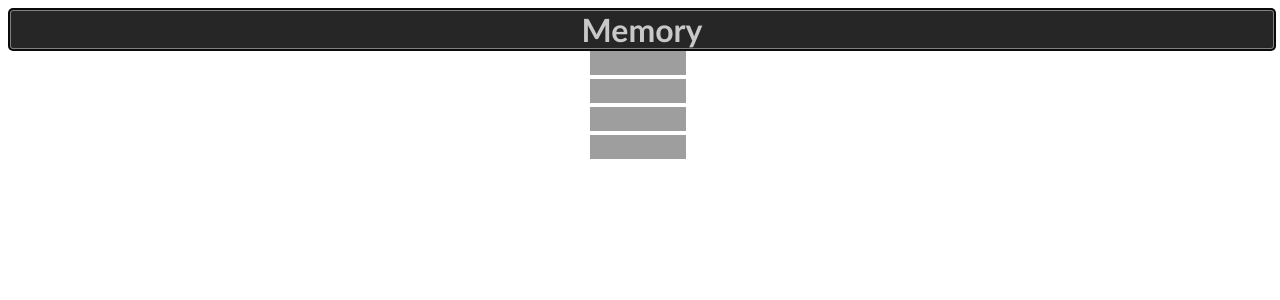
Repository: sk222sw/1dv403-laborationer
Page: 3-gameon/index.html
The author's editor kept a record of every edit. The page is drawn from the files as they stood at one moment, then again after the next edit.
The browser window is 1280 px wide. The pictures show the whole page.
Pictures or frames that could not be fetched are drawn as grey boxes.

Above is the page before.

### 3-gameon/index.html
<!DOCTYPE html>
<html>
    <head>
        <link rel="stylesheet" href="memory/css/css.css" type="text/css" />
        <title>Memory</title>
        <meta charset="utf-8">
    </head>
    <body>
        <div id="content">
            <header>
                <h1>Memory</h1>
            </header>

            <main>
                <section id="memory">
                    <table id="memoryTable">

                    </table>
                </section>
            </main>

        </div>
        <script type="text/javascript" src="memory/script/random.js"></script>
        <script type="text/javascript" src="memory/script/memory.js"></script>
    </body>
</html>

### 3-gameon/memory/css/css.css
content {
    width: 50%;
    height: 99%;
}

header {
    width: 100%;
    margin: 0 auto;

    border: solid rgba(0,0,0, 0.75) 2px;
    box-shadow:0px 0px 0px 1px gray inset;


    border-radius: 5px;

    background-color: rgba(0, 0, 0, 0.85);
}

header h1 {
    margin: 0 auto;
    text-align: center;
    color: rgba(265, 265, 265, 0.75);
    font-family: "Estrangelo Edessa", "Candara", sans-serif;
}

main {
    position:relative;
    margin: 0 auto;
    width: 65%;
    height: 90%;
}

#memory {
    margin-left: auto;
    margin-right: auto;
    position: relative;

    width: 100px;
    color: white;
}

p {
    color: white;
}

.defaultImage {
    background-image:url(../pics/0.png);
    height: 24px;
    width: 24px;
}

### 3-gameon/memory/script/random.js
"use strict"

var RandomGenerator = {

	/*
		Denna metod tar antalet rader och columner som inparameter.

		Metoden returnerar en array inneh�llandes utslumpade tal mellan 1 och (rows*cols)/2. Varje tal representeras tv�
		g�nger och motsvarar s�ledes en spelbricka.

		I en 4*4 matris kan Arrayen t.ex. se ut s� h�r:
		[1,2,6,8,6,2,5,3,1,3,7,5,8,4,4,7]

		I en 2*4 matris kan Arrayen t.ex. se ut s� h�r:
		[3,4,4,1,2,1,2,3]
	*/

	getPictureArray: function(rows, cols)
	{
		var numberOfImages = rows*cols;
		var maxImageNumber = numberOfImages/2;

	   	var imgPlace = [];

	   //Utplacering av bilder i Array
	   for(var i=0; i<numberOfImages; i++)
		  imgPlace[i] = 0;

		for(var currentImageNumber=1; currentImageNumber<=maxImageNumber; currentImageNumber++)
		{
			var imageOneOK = false;
			var imageTwoOK = false;

			do
			{
				if(imageOneOK == false)
				{
					var randomOne = Math.floor( (Math.random() * (rows*cols-0) + 0) );

					if( imgPlace[randomOne] == 0 )
					{
						imgPlace[randomOne] = currentImageNumber;
						imageOneOK = true;
					}
				}

				if(imageTwoOK == false)
				{
					var randomTwo = Math.floor( (Math.random() * (rows*cols-0) + 0) );

					if( imgPlace[randomTwo] == 0 )
					{
						imgPlace[randomTwo] = currentImageNumber;
						imageTwoOK = true;
					}
				}
			}
			while(imageOneOK == false || imageTwoOK == false);
		}

		return imgPlace;
	}
}

### 3-gameon/memory/script/memory.js
"use strict";

// Inspiration för "twoCardArray"-strukturen
// http://www.developphp.com/view.php?tid=1393

var Memory = {
    turned: 0,
    maxTurned: null,    //används för att kolla när man vinner.
    twoCardArray: [],
    cardPosition: [],

    init: function(){
        var cols = 4;
        var rows = 4;
        var picArray = RandomGenerator.getPictureArray(cols, rows);
        Memory.maxTurned = cols * rows;    //håller reda på hur många brickor
                                           //som ska vara vända när man vinner.
        Memory.generateAll(picArray);
    },

    newGame: function(){
        var cols = 4;
        var rows = 4;
        var picArray = RandomGenerator.getPictureArray(cols, rows);
        var maxTurned = cols * rows;
    },

    //Loopar igenom arrayen och skickar med indexet till generatePic()
    generateAll: function(picArray) {
        for (var i = 0; i < picArray.length; i++) {
            var thisPic = picArray[i];
            var picValue = i;
            Memory.generatePic(thisPic, picValue);
        }
        return false;
    },
 //------------------------------------------------------------------------------------------------------
    //Genererar en bild med dess attribut
    generatePic: function(thisPic, picValue) {
        var memory = document.getElementById("memory");
        var tabFriendly = document.createElement("a");
        var picture = document.createElement("img");

        picture.setAttribute("id", "picture" + picValue);
        picture.setAttribute("src", "memory/pics/0.png");
        picture.setAttribute("value", thisPic);
        picture.setAttribute("class", "defaultImage");

        var picSource = picture.src;

        memory.appendChild(tabFriendly);
        tabFriendly.appendChild(picture);

            picture.onclick = function() {

                if (Memory.twoCardArray.length < 2) {

                        if (picture.src === picSource) {

                            picture.removeAttribute("src");
                            picture.setAttribute("src", "memory/pics/" + thisPic + ".png");

                            //Om ingen bricka är vänd än
                            if (Memory.twoCardArray.length === 0) {

                                Memory.twoCardArray.push(picValue);
                                Memory.cardPosition.push(thisPic);

                                // console.log("picValue är: " + picValue);
                                // console.log("Id är: " + thisPic);

                            } else if (Memory.twoCardArray.length === 1) {

                                Memory.twoCardArray.push(picValue);
                                Memory.cardPosition.push(thisPic);

                                console.log("twocardarray0 = " + Memory.twoCardArray[0]);
                                console.log("twocardarray1 = " + Memory.twoCardArray[1]);

                                console.log("picValue är: " + picValue);
                                console.log("Id är: " + thisPic);

                                if (Memory.cardPosition[0] === Memory.cardPosition[1]) {
                                    //Två matchande brickor
                                    Memory.matchingBricks();
                                    Memory.twoCardArray = [];
                                    Memory.cardPosition = [];

                                } else if(Memory.twoCardArray.length === 2) {
                                    //Vänd tillbaka
                                    Memory.flipBricks();
                                }
                            }
                        }   else if(Memory.twoCardArray.length === 2) {
                            Memory.flipBricks();
                        }
                }  else {
                        return 0;
                }

            }; //onclick stop

        return false;
    },

    flipBricks: function(){
        setTimeout(function(){
            var pic1 = document.getElementById("picture" + Memory.twoCardArray[0]);
            var pic2 = document.getElementById("picture" + Memory.twoCardArray[1]);

            pic1.setAttribute("src", "memory/pics/0.png");
            pic2.setAttribute("src", "memory/pics/0.png");
            Memory.twoCardArray = [];
            Memory.cardPosition = [];
        }, 800);
    },

    //När två brickor matchas körs denna funktion:
    matchingBricks: function(thisPic) {
            Memory.turned += 2;

        console.log("Nu äre " + Memory.turned);
        if (Memory.turned === Memory.maxTurned) {
            alert("Du vann!");
        }
    }
};

window.onload = Memory.init;

After the next edit:
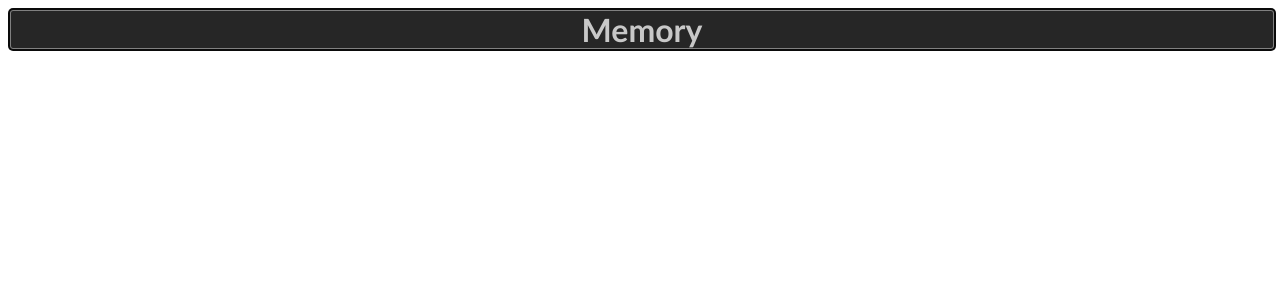
Console error: ReferenceError: tabFriendly is not defined
The edit:
--- a/3-gameon/memory/script/memory.js
+++ b/3-gameon/memory/script/memory.js
@@ -38,7 +38,7 @@
     //Genererar en bild med dess attribut
     generatePic: function(thisPic, picValue) {
         var memory = document.getElementById("memory");
-        var tabFriendly = document.createElement("a");
+        var aTag = document.createElement("a");
         var picture = document.createElement("img");
 
         picture.setAttribute("id", "picture" + picValue);

After the edit that followed:
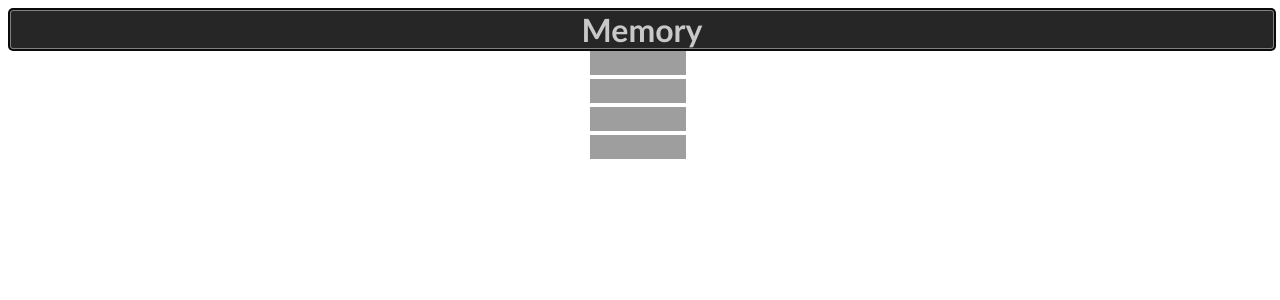
The error is gone.
The edit:
--- a/3-gameon/memory/script/memory.js
+++ b/3-gameon/memory/script/memory.js
@@ -48,8 +48,8 @@
 
         var picSource = picture.src;
 
-        memory.appendChild(tabFriendly);
-        tabFriendly.appendChild(picture);
+        memory.appendChild(aTag);
+        aTag.appendChild(picture);
 
             picture.onclick = function() {
 
